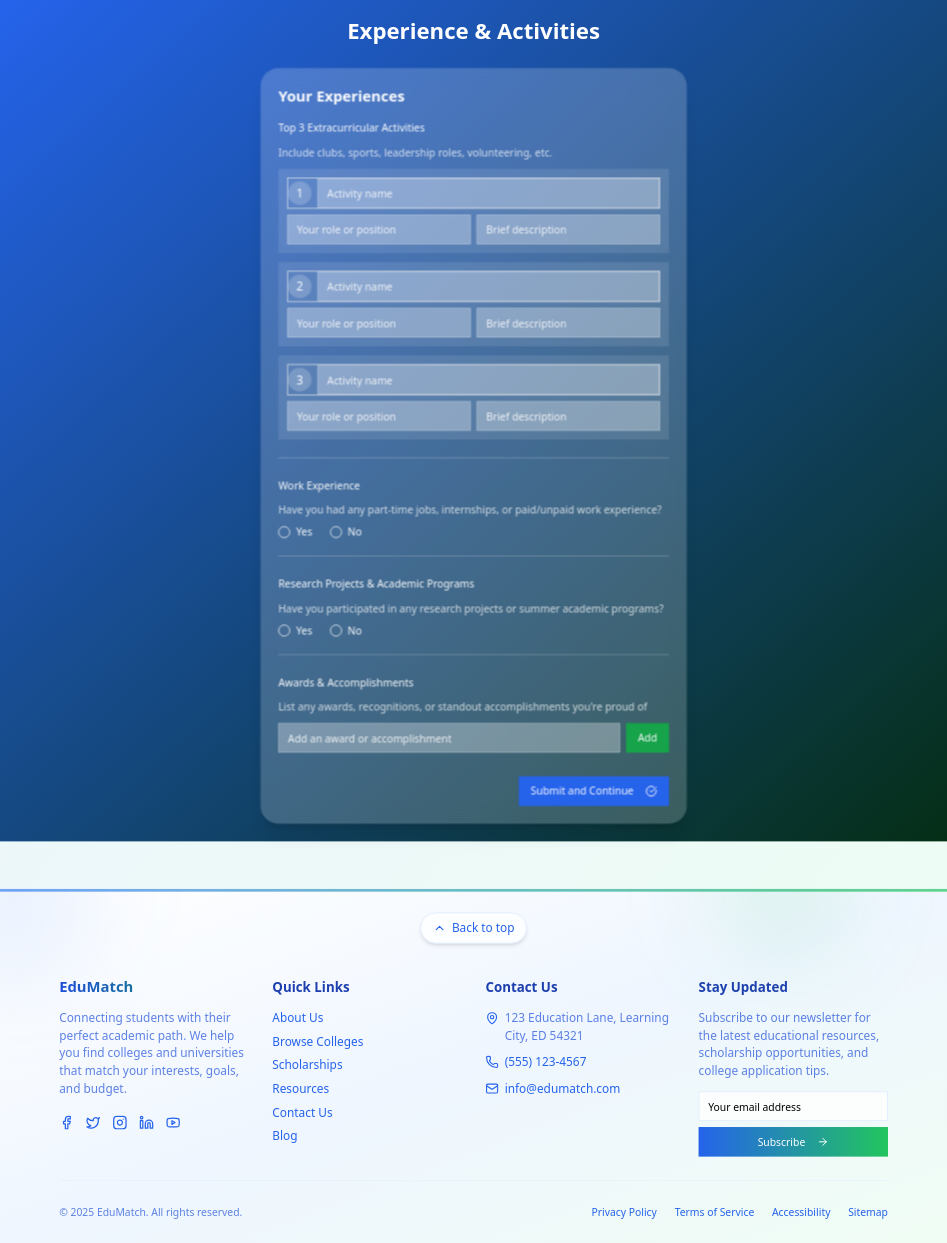
Repository: Kish202/EdTech
Page: /experience-activities
An editor plug-in stored every save of this project. The page is shown before and after the next save, followed by the edit.
The browser window is 1280 px wide. The pictures show the whole page, at 74% of full size.
The project was rebuilt for these pictures with package versions that can differ from the ones it lists, and the page was loaded fresh each time. Also part of the build but not shown: vite.config.js, src/components/sections/Navbar.jsx, src/components/registerforms/RegisterForm.jsx, src/components/sections/Hero.jsx, src/components/sections/Steps.jsx, src/components/ui/avatar.jsx, src/components/sections/Testmonials.jsx, src/components/ui/select.jsx and 12 more.

Above is the page before, as saved 2025-04-18 19:04:08.

After the next save:
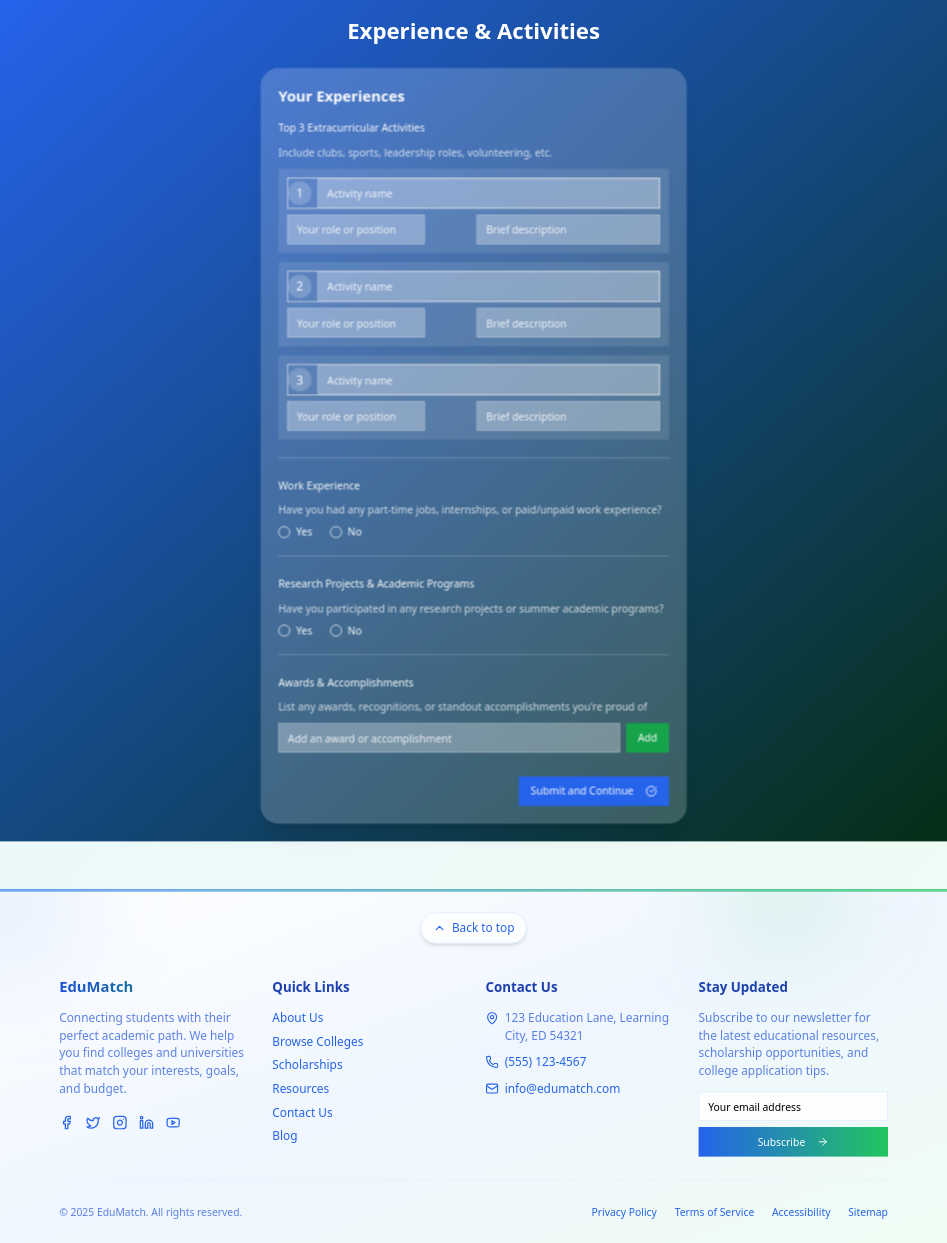
Saved 7 s later.
--- a/src/components/registerforms/Form4.jsx
+++ b/src/components/registerforms/Form4.jsx
@@ -261,7 +261,7 @@ export default function ExperienceActivitiesCard() {
                     <Input
                       value={activity.role}
                       onChange={(e) => handleActivityChange(index, 'role', e.target.value)}
-                      className="bg-white/30 text-white placeholder:text-white/90 border-white/30 w-"
+                      className="bg-white/30 text-white placeholder:text-white/90 border-white/30 w-3/4"
                       placeholder="Your role or position"
                     />
                     <Input
